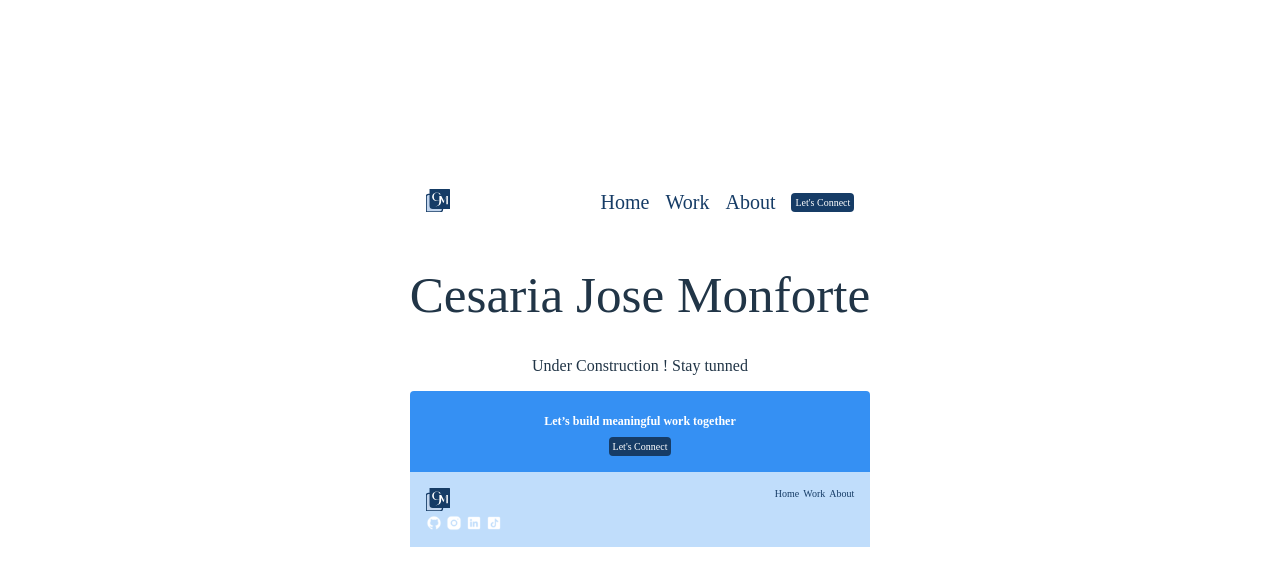
Repository: CesariaMonforte/cesariamonforte
Page: /
These files come from the project's save history. The page is drawn as it stood at one moment and after the next save; the edit follows.
The browser window is 1280 px wide. The pictures show the whole page.
The project was rebuilt for these pictures with package versions that can differ from the ones it lists, and the page was loaded fresh each time. Also part of the build but not shown: vite.config.js.

Above is the page before, as saved 2026-01-25 14:30:00.

After the next save:
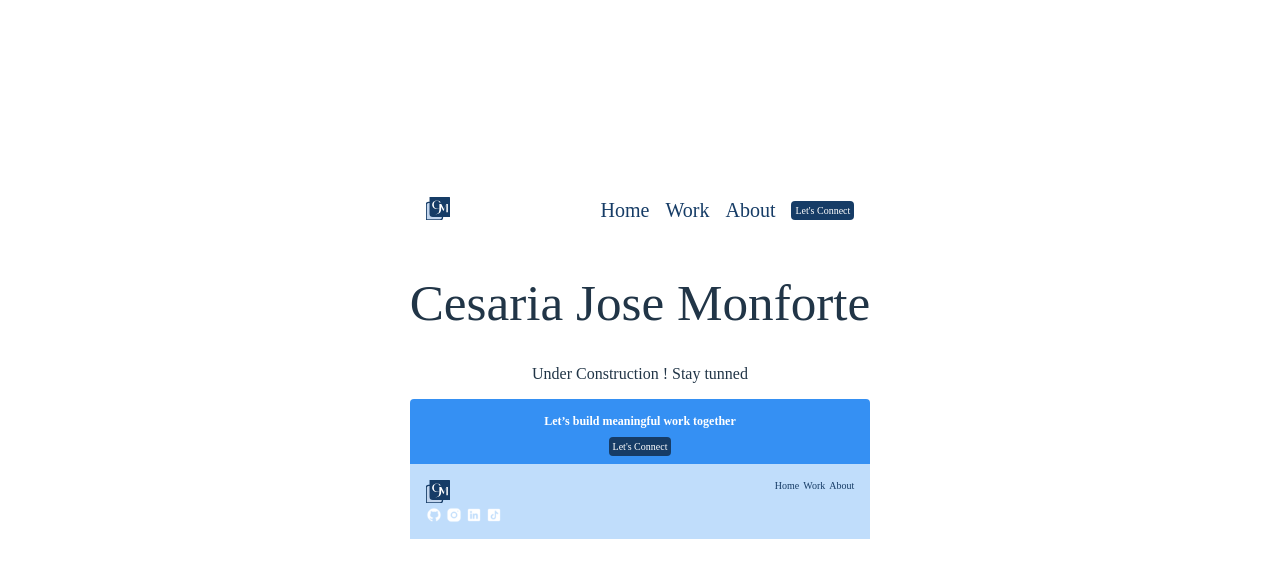
Saved 33 s later.
--- a/src/_ui/ConnectBanner/ConnectBanner.module.css
+++ b/src/_ui/ConnectBanner/ConnectBanner.module.css
@@ -3,7 +3,7 @@
     flex-direction: column;
     align-items: center;
     background-color: var(--primary-500);
-    padding: var(--space-regular);
+    padding: var(--space-small);
     border-top-right-radius: var(--space-extra-small);
     border-top-left-radius: var(--space-extra-small);
 }
